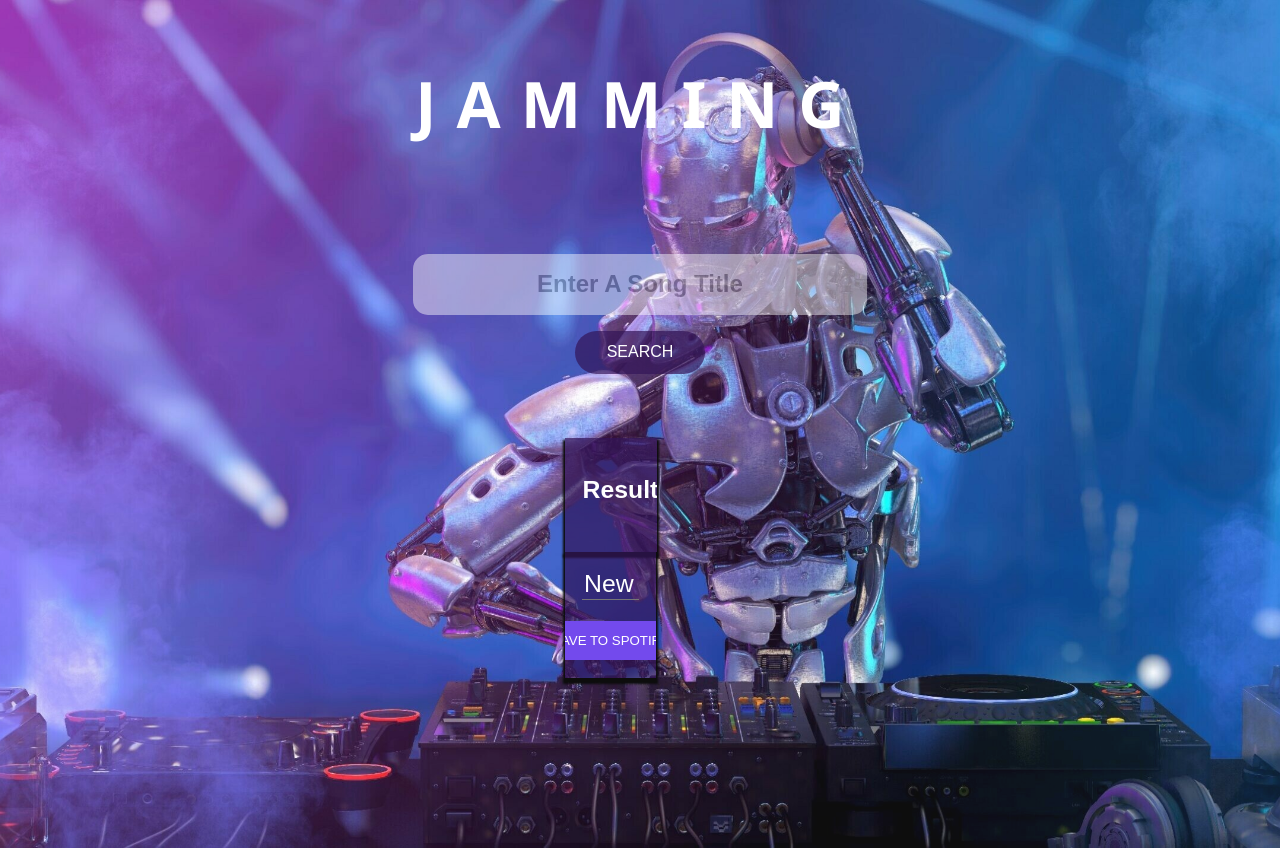
Repository: LolaSL/jamming
Page: /
These files come from the project's save history. The page is drawn as it stood at one moment and after the next save; the edit follows.
The browser window is 1280 px wide. The pictures show the whole page.
The project was rebuilt for these pictures with package versions that can differ from the ones it lists, and the page was loaded fresh each time. Also part of the build but not shown: src/components/Track/Track.css, src/components/Track/Track.jsx.

Above is the page before, as saved 2023-06-23 17:17:35.

### src/App/App.js
import React, { useState, useCallback } from "react";
import "./App.css";

import Playlist from "../components/PlayList/PlayList.jsx";
import SearchBar from "../components/SearchBar/SearchBar";
import SearchResults from "../components/SearchResults/SearchResults";
import Spotify from "../utils/Spotify";

const App = () => {
  const [searchResults, setSearchResults] = useState([]);
  const [playlistName, setPlaylistName] = useState("New Playlist");
  const [playlistTracks, setPlaylistTracks] = useState([]);

  const search = useCallback(async (term) => {
    const results = await Spotify.search(term);
    setSearchResults(results);
  }, []);

  const addTrack = useCallback((track) => {
    if (playlistTracks.some((savedTrack) => savedTrack.id === track.id)) {
      return;
    }
    setPlaylistTracks((prevTracks) => [...prevTracks, track]);
  }, [playlistTracks]);

  const removeTrack = useCallback((track) => {
    setPlaylistTracks((prevTracks) =>
      prevTracks.filter((currentTrack) => currentTrack.id !== track.id)
    );
  }, []);

  const updatePlaylistName = useCallback((name) => {
    setPlaylistName(name);
  }, []);

  const savePlaylist = useCallback(async () => {
    const trackUris = playlistTracks.map((track) => track.uri);
    await Spotify.savePlaylist(playlistName, trackUris);
    setPlaylistName("New Playlist");
    setPlaylistTracks([]);
  }, [playlistName, playlistTracks]);

  return (
    <div className="App" data-testid="app-test">
      <h1>
        Jamming
      </h1>
      <SearchBar onSearch={search} />
      <div className="App-playlist">

          <SearchResults searchResults={searchResults} onAdd={addTrack} />

          <Playlist
            playlistName={playlistName}
            playlistTracks={playlistTracks}
            onNameChange={updatePlaylistName}
            onRemove={removeTrack}
            onSave={savePlaylist}
          /></div>
      </div>

  );
};

export default App;
;

### src/App/App.css
body,
html,
#root {
  height: 100%;

}

.App{
  flex-wrap: wrap;
  height: 100%;
  padding: 0 17% 10% 17%;
  background-image: url('./background.jpg');
  opacity: 0.95;
  background-size: cover;
  overflow: hidden;
  background-position: center;
  background-repeat: no-repeat;
  font-family: 'Work Sans', sans-serif;
  font-weight: 500;
  color: #56649f;
  text-align: center;
}
h1{
  font-family:'Segoe UI', Tahoma, Geneva, Verdana, sans-serif;
  text-transform: uppercase;
  letter-spacing: 20px;
  color: #ffffff;
  font-size: 4rem;
  margin-top: 60px;
}
.App-playlist{
  display: flex;
  flex-wrap: wrap;
  align-items: justify;
  column-gap: 30px;
  width: 150px;
  margin: 0 auto;

}

### src/components/PlayList/PlayList.jsx
import React, { useCallback } from "react";
import PropTypes from "prop-types";
import "./PlayList.css";
import TrackList from "../TrackList/TrackList";

const Playlist = ({
  onNameChange,
  playlistTracks,
  onRemove,
  onSave
}) => {
  const handleNameChange = useCallback((event) => {
    onNameChange(event.target.value);
  }, [onNameChange]);

  return (
    <div className="Playlist">
      <input onChange={handleNameChange} defaultValue={"New Playlist"} />
      <TrackList
        tracks={playlistTracks}
        isRemoval={true}
        onRemove={onRemove}
      />
      <button className="Playlist-save" onClick={onSave}>
        SAVE TO SPOTIFY
      </button>
    </div>
  );
};

Playlist.propTypes = {
  onNameChange: PropTypes.func,
  playlistTracks: PropTypes.array,
  onRemove: PropTypes.func,
  onSave: PropTypes.func
};

export default Playlist;

### src/components/SearchBar/SearchBar.jsx
import React, { useState, useCallback } from "react";
import "./SearchBar.css";

const SearchBar = ({ onSearch }) => {
  const [term, setTerm] = useState("");

  const handleTermChange = useCallback((event) => {
    setTerm(event.target.value);
  }, []);

  const search = useCallback(() => {
    onSearch(term);
  }, [onSearch, term]);

  return (
    <div className="SearchBar">
      <input placeholder="Enter A Song Title" onChange={handleTermChange} />
      <button className="SearchButton" onClick={search}>
        SEARCH
      </button>
    </div>
  );
};

export default SearchBar;

### src/components/SearchResults/SearchResults.jsx
import React from "react";
import "./SearchResults.css";
import TrackList from "../TrackList/TrackList";

const SearchResults = ({ searchResults, onAdd }) => {
  return (
    <div className="SearchResults">
      <h2>Results</h2>
      <TrackList tracks={searchResults} onAdd={onAdd} />
    </div>
  );
};

export default SearchResults;

### src/utils/Spotify.js
const clientId = 'a18dfb23f21c4bf69aa0c5c6ac72acdc'; // Insert client ID here.
const redirectUri = 'http://localhost:3000/'; // Have to add this to your accepted Spotify redirect URIs on the Spotify API.

let accessToken;

const Spotify = {
  getAccessToken() {
    if (accessToken) {
      return accessToken;
    }

    const accessTokenMatch = window.location.href.match(/access_token=([^&]*)/);
    const expiresInMatch = window.location.href.match(/expires_in=([^&]*)/);
    if (accessTokenMatch && expiresInMatch) {
      accessToken = accessTokenMatch[1];
      const expiresIn = Number(expiresInMatch[1]);
      window.setTimeout(() => accessToken = '', expiresIn * 1000);
      window.history.pushState('Access Token', null, '/'); // This clears the parameters, allowing us to grab a new access token when it expires.
      return accessToken;
    } else {
      const accessUrl = `https://accounts.spotify.com/authorize?client_id=${clientId}&response_type=token&scope=playlist-modify-public&redirect_uri=${redirectUri}`;
      window.location = accessUrl;
    }
  },

  async search(term) {
    const accessToken = Spotify.getAccessToken();
    const response = await fetch(`https://api.spotify.com/v1/search?type=track&q=${term}`, {
      headers: {
        Authorization: `Bearer ${accessToken}`
      }
    });
    const jsonResponse = await response.json();
    if (!jsonResponse.tracks) {
      return [];
    }
    return jsonResponse.tracks.items.map(track => ({
      id: track.id,
      name: track.name,
      artist: track.artists[0].name,
      album: track.album.name,
      popularity: track.popularity,
      uri: track.uri
    }));
  },

  savePlaylist(name, trackUris) {
    if (!name || !trackUris.length) {
      return;
    }

    const accessToken = Spotify.getAccessToken();
    const headers = { Authorization: `Bearer ${accessToken}` };
    let userId;

    return fetch('https://api.spotify.com/v1/me', { headers: headers }
    ).then(response => response.json()
    ).then(jsonResponse => {
      userId = jsonResponse.id;
      return fetch(`https://api.spotify.com/v1/users/${userId}/playlists`, {
        headers: headers,
        method: 'POST',
        body: JSON.stringify({ name: name })
      }).then(response => response.json()
      ).then(jsonResponse => {
        const playlistId = jsonResponse.id;
        return fetch(`https://api.spotify.com/v1/users/${userId}/playlists/${playlistId}/tracks`, {
          headers: headers,
          method: 'POST',
          body: JSON.stringify({ uris: trackUris })
        });
      });
    });
  }
};

export default Spotify;

### src/components/PlayList/PlayList.css
.Playlist {
    display: flex;
    flex-direction: column;
    align-items: center;
    justify-items: center;
    overflow-y: scroll;
    width: 37%;
    max-height: 900px;
    padding: 1.1rem;
    background-color: rgba(40, 9, 80, 0.7);
    box-shadow: 0 4px 2px 2px #000000;

  }

  .Playlist input {
    width: 95%;
    border: 0;
    outline: 0;
    background: transparent;
    border-bottom: 1px solid #6f6f6f;
    font-family: 'Poppins', sans-serif;
    font-size: 1.55rem;
    color: #fff;
  }

  .Playlist-save {
    cursor: pointer;
    width: 10rem;
    padding: .77rem 0;
    border-radius: 54px;
    border-width: 0px;
    margin-top: 1.27rem;
    background-color: #6c41ec;
    text-align: center;
    font-size: .83rem;
    transition: background-color .25s;
    color: #fff;
    font-weight: 500;
  }

  .Playlist-save:hover {
    background-color: rgba(108, 65, 233, .7);
  }

  ::-webkit-scrollbar {
      width: 0px;
      background: transparent;
  }

  @media only screen and (max-width: 1020px) {
    .Playlist {
      width: 90%;
      height: auto;
    }
  }

### src/components/TrackList/TrackList.jsx
import React from "react";
import PropTypes from "prop-types";
import "./TrackList.css";
import Track from "../Track/Track";

const TrackList = ({ tracks, onAdd, isRemoval, onRemove }) => {
  return (
    <div className="TrackList">
      {tracks.map((track, index) => (
        <Track
          key={index}
          track={track}
          onAdd={onAdd}
          isRemoval={isRemoval}
          onRemove={onRemove}
        />
      ))}
    </div>
  );
};

TrackList.propTypes = {
  tracks: PropTypes.array,
  onAdd: PropTypes.func,
  onRemove: PropTypes.func,
  isRemoval: PropTypes.bool,
};

export default TrackList;

### src/components/SearchBar/SearchBar.css
.SearchBar {
  display: flex;
  flex-direction: column;
  align-items: center;
  padding-top: 4rem;
  margin-bottom: 4rem;
}

.SearchBar input {
  width: 450px;
  height: 25px;
  padding:1rem 0;
  border: 2px solid #fff;
  border-radius: 15px;
  margin-bottom: 1rem;
  color: black;
  font-weight: 600;
  text-align: center;
  font-size: 1.5rem;
  opacity: 0.45;
  z-index: 1;
}

.SearchBar input:focus {
  outline: none;
}

.SearchButton {
  cursor: pointer;
  width: 8.11rem;
  padding: 0.77rem 0;
  border-radius: 54px;
  background-color: rgba(40, 9, 80, 0.7);
  text-align: center;
  font-size: 1rem;
  transition: background-color 0.25s;
  border: 0px;
  color: #fff;
  font-weight: 500;
}

.SearchButton:hover {
  background-color: rgba(108, 65, 233, 0.7);
}

### src/components/SearchResults/SearchResults.css
.SearchResults {
  display: flex;
  flex-direction: column;
  align-items: left;
  overflow-y: scroll;
  width: 38%;
  max-height: 900px;
  padding: 1.1rem;
  background-color: rgba(40, 9, 80, 0.7);
  box-shadow: 0 4px 2px 2px #000000;
  gap: 10px;

  }
  h2{
    font-family: 'Poppins', sans-serif;
    color: #ffffff;
    text-align: left;
    font-size: 1.55rem;
  }
  ::-webkit-scrollbar {
      width: 0px;
      background: transparent;
  }

  @media only screen and (max-width: 1020px) {
    .SearchResults {
      width: 90%;
      margin-bottom:2.5rem;
    }
  }

  /* @media only screen and (max-width: 766px) {
    .SearchResults {
      width: 80%;
      margin-bottom:2rem;
    } */
  /* } */

Loaded but not shown: public/index.html (common file); src/index.js (common file); src/index.css (common file); src/reportWebVitals.js (common file); src/components/TrackList/TrackList.css (common file)

After the next save:
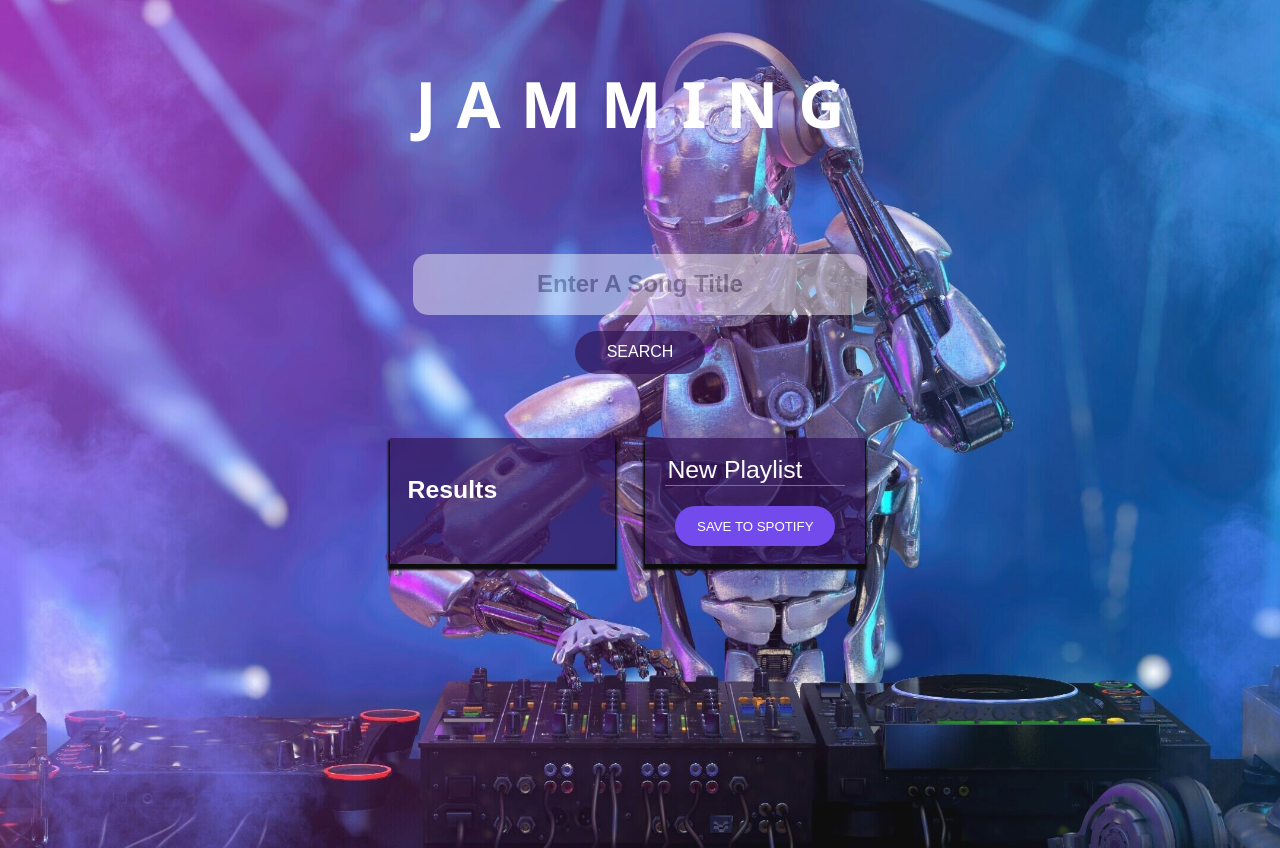
Saved 14 s later.
--- a/src/App/App.css
+++ b/src/App/App.css
@@ -33,7 +33,7 @@ h1{
   flex-wrap: wrap;
   align-items: justify;
   column-gap: 30px;
-  width: 150px;
+  width:500px;
   margin: 0 auto;
 
 }
